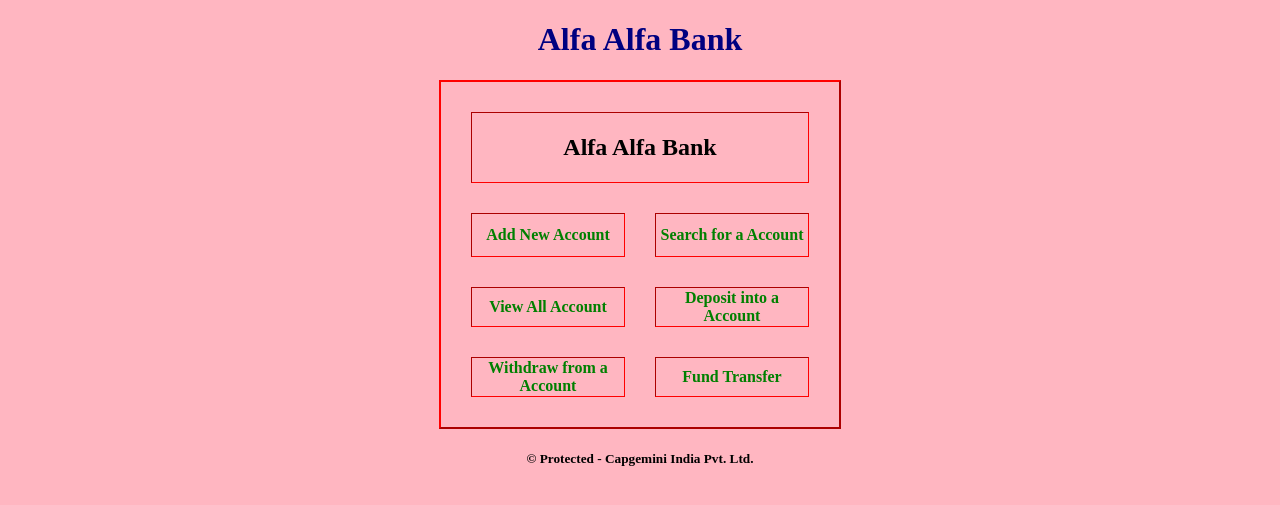
Repository: Rccalfa123/OnlineBankingApp
Page: http://localhost/AlfaAlfaBankApp/home.jsp
The author's editor kept a copy of each file at every save. The page is drawn from the files as they stood at one save, then again after the next save.
The browser window is 1280 px wide. The pictures show the whole page.
The page is served by Tomcat 9. Other server files are loaded and not shown.

Above is the page before, as saved 2018-08-10 11:26:02.

### AlfaAlfaBankApp/WebContent/home.jsp
<%@ page language="java" contentType="text/html; charset=ISO-8859-1"
	pageEncoding="ISO-8859-1"%>
<%@taglib prefix="alfa" uri="http://java.sun.com/jsp/jstl/core"%>
<!DOCTYPE html>
<html>
<head>

<link rel="stylesheet" type="text/css" href="mystyle.css">

<meta charset="ISO-8859-1">
<title>Alfa Alfa Bank</title>
</head>
<body>
	<jsp:include page="header.jsp"></jsp:include>
	<form action=".app" method="get">

		<div>
			<table cellspacing="30" align="center" border="2">
				<tr>
					<th colspan="6" height="35"><h2>Alfa Alfa Bank</h2></th>
				</tr>

				<tr>
					<th height="40" width="150"> <a href = "addNewAccount.jsp"> Add New Account</a> </th>
					<th height="40" width="150"><a href = "searchAccount.jsp"> Search for a Account</a></th>
				</tr>

				<tr>
					<th height="20" width="150" ><a href = "viewAllAccount.jsp"> View All Account</a></th>
					<th height="20" width="150"><a href = "depositIntoAccount.jsp"> Deposit into a Account</a></th>
				</tr>

				<tr>
					<th height="20" width="150"><a href = "withdrawFromAccount.jsp"> Withdraw from a Account</a></th>
					<th height="20" width="150"><a href = "fundTransfer.jsp"> Fund Transfer</a></th>
				</tr>
			</table>
		</div>

	</form>
	<jsp:include page="footer.html"></jsp:include>

</body>
</html>

### AlfaAlfaBankApp/WebContent/header.jsp
<%@taglib prefix="jstl" uri="http://java.sun.com/jsp/jstl/core" %>
<div align="center">
	<h1>Alfa Alfa Bank</h1>
</div>

### AlfaAlfaBankApp/WebContent/footer.html
<div align="center">
<h5>&copy; Protected - Capgemini India Pvt. Ltd.</h5>
</div>

### AlfaAlfaBankApp/WebContent/mystyle.css
@charset "ISO-8859-1";

body {
    background-color: lightpink;
}

h1 {
    color: navy;
}

td{

 font-family: sans-serif;

}

table {
	border-color: red;
	border-right: 2px 2px 2px 2px ;
}

a{
	text-decoration: none;
	color: green;
}

After the next save:
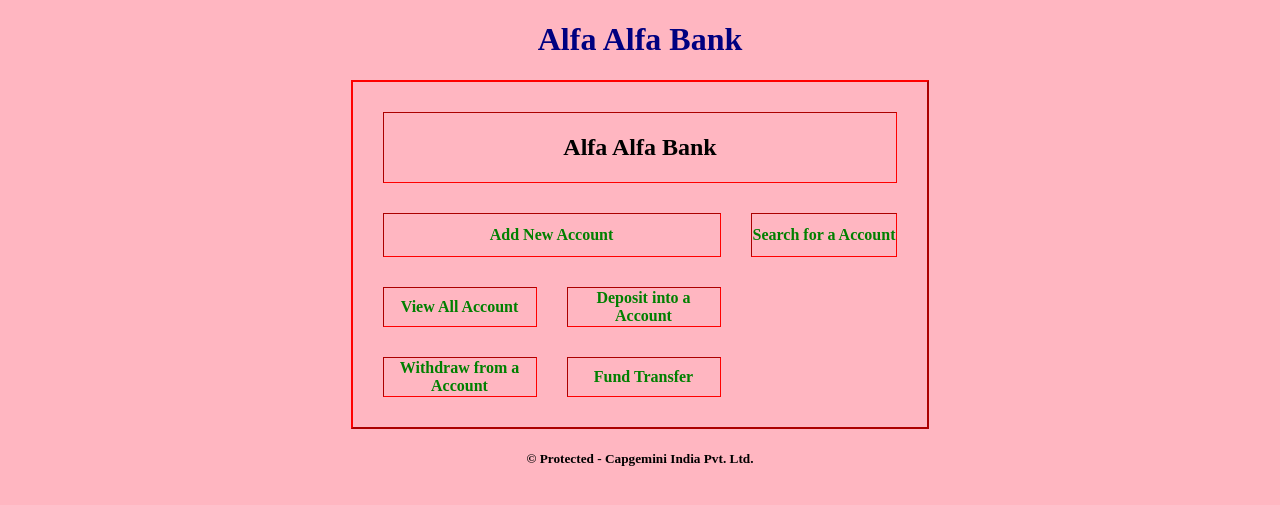
Saved 19 s later.
--- a/AlfaAlfaBankApp/WebContent/home.jsp
+++ b/AlfaAlfaBankApp/WebContent/home.jsp
@@ -21,8 +21,8 @@
 				</tr>
 
 				<tr>
-					<th height="40" width="150"> <a href = "addNewAccount.jsp"> Add New Account</a> </th>
-					<th height="40" width="150"><a href = "searchAccount.jsp"> Search for a Account</a></th>
+					<th height="40" colspan="3"> <a href = "addNewAccount.jsp"> Add New Account</a> </th>
+					<th height="40" colspan="3"><a href = "searchAccount.jsp"> Search for a Account</a></th>
 				</tr>
 
 				<tr>
